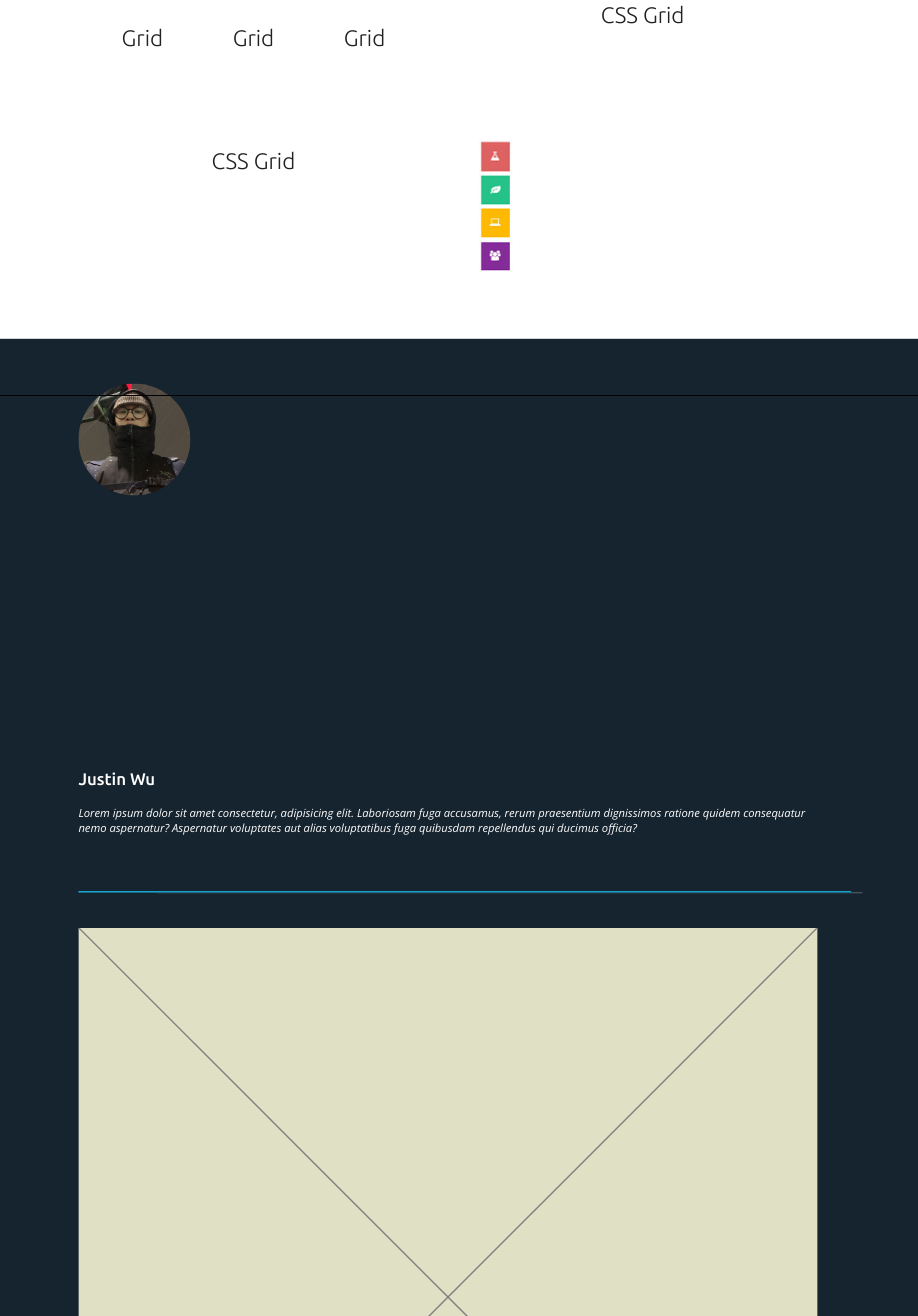
Repository: justinweiyungwu/week4project1v2
Page: cssgrid/index.html
An editor plug-in stored every save of this project. The page is shown before and after the next save, followed by the edit.
The browser window is 1280 px wide. The page is 1312 px wide, so the pictures cover 1312 px, including what lies to the right of the window. The pictures show the part of the page from y = 2340 to 4220 px (the page is 11446 px tall before and 12037 px after), at 70% of full size.

Above is the page before, as saved 2023-02-03 15:14:14.

### cssgrid/index.html
<!doctype html>
<html class="no-js" lang="en">

<head>
    <meta charset="utf-8">
    <title>Metrolics: Justin, Kyle, Jacob</title>
    <meta name="description" content="">
    <meta name="viewport" content="width=device-width, initial-scale=1">

    <link rel="manifest" href="site.webmanifest">
    <link rel="apple-touch-icon" href="icon.png">
    <!-- Place favicon.ico in the root directory -->

    <!-- Google Fonts used in Metrolics layout -->
    <link rel="preconnect" href="https://fonts.googleapis.com">
    <link rel="preconnect" href="https://fonts.gstatic.com" crossorigin>
    <link
        href="https://fonts.googleapis.com/css2?family=Open+Sans:ital,wght@0,400;0,700;1,400&family=Ubuntu:ital,wght@0,300;0,500;1,300&display=swap"
        rel="stylesheet">

    <link rel="stylesheet" href="css/normalize.css">
    <link rel="stylesheet" href="css/main.css">

    <meta name="theme-color" content="#fafafa">
</head>

<body>
    <header>
        <div class="navbar">
            <div class="item1">
                <h1>Metrolics</h1>
            </div>
            <div class="item2">
                <img class="menu" src="img/burger.png" alt="menu">
            </div>


        </div>


    </header>
    <div class="top row-col-container">
        <div class="row">
            <div class="col">
                <h1 class="top-rol-col-text">Hello guys!
                    This is the Metrolics theme. It sports a responsive layout with a mobile layout.
                </h1>
            </div>
        </div>
    </div>
    <div class="s-hide m-hide">
        <div class="row">
            <div class="col">
                <h1>CSS Grid</h1>
            </div>
        </div>
    </div>
    <div class="top title-container">
        <h1 class="top-title">Things That We Do</h1>
        <p>Ask us what we can do for you</p>
    </div>
    <div class="middle row-col-container">
        <div class="row m-col-2 l-col-4">
            <div class="col">

                <img src="img/Web-Solution-Icon.png" alt="">
            </div>
            <div class="col">
                <img src="img/Photography-Icon.png" alt="">
            </div>
            <div class="col">
                <img src="img/Web-Development-Icon.png" alt="">
            </div>
            <div class="col">
                <img src="img/Web-Design-Icon.png" alt="">
            </div>
        </div>
    </div>

    <div class="title-container">
        <h1 class="middle-title">What's Up Lately?</h1>
        <p>Read up on our latest work</p>
    </div>

<div class="row m-col-2 l-col-3">
    <div class="sml-photo col">
        <img src="img/Dj-Deck.png" alt="image">
        <div class="row-bottom-col">
            <div class="left-text">
                <h2>Sample Photo Post</h2>
                <p>Photography</p>
            </div>
            <div class="right-box">
                <img src="img/camera.png" alt="image">
            </div>
        </div>
    </div>
    <div class="sml-photo col">
        <img src="img/Dj-Deck.png" alt="image">
        <div class="row-bottom-col">
            <div class="left-text">
                <h2>Sample Photo Post</h2>
                <p>Photography</p>
            </div>
            <div class="right-box">
                <img src="img/camera.png" alt="image">
            </div>
        </div>
    </div>
    <div class="sml-photo col">
        <img src="img/Dj-Deck.png" alt="image">
        <div class="row-bottom-col">
            <div class="left-text">
                <h2>Sample Photo Post</h2>
                <p>Photography</p>
            </div>
            <div class="right-box">
                <img src="img/camera.png" alt="image">
            </div>
        </div>
    </div>

    <div class="sml-photo mission col">
        <img src="img/mission.jpg" alt="image">
        <div class="row-bottom-col">
            <div class="left-text">
                <h2>Sample Photo Post</h2>
                <p>Photography</p>
            </div>
            <div class="right-box">
                <img src="img/camera.png" alt="image">
            </div>
        </div>
    </div>
</div>
        <div class="title-container">
            <h1>Our Latest Projects</h1>
            <p>Cilent happy? We are happy.</p>
        </div>

    <div class="row m-col-2 l-col-3">
    <div class="sml-photo col">
        <img src="img/Dj-Deck.png" alt="image">
        <div class="row-bottom-col">
            <div class="left-text">
                <h2>Sample Photo Post</h2>
                <p>Photography</p>
            </div>
            <div class="right-box">
                <img src="img/camera.png" alt="image">
            </div>
        </div>
    </div>
    <div class="sml-photo col">
        <img src="img/Dj-Deck.png" alt="image">
        <div class="row-bottom-col">
            <div class="left-text">
                <h2>Sample Photo Post</h2>
                <p>Photography</p>
            </div>
            <div class="right-box">
                <img class="icon" src="img/camera.png" alt="image">
            </div>
        </div>
    </div>


    <div class="sml-photo col">
        <img src="img/Dj-Deck.png" alt="image">
        <div class="row-bottom-col">
            <div class="left-text">
                <h2>Sample Photo Post</h2>
                <p>Photography</p>
            </div>
            <div class="right-box">
                <img src="img/camera.png" alt="image">
            </div>
        </div>
    </div>


    <div class="sml-photo col">
        <img src="img/Dj-Deck.png" alt="image">
        <div class="row-bottom-col">
            <div class="left-text">
                <h2>Sample Photo Post</h2>
                <p>Photography </p>
            </div>
            <div class="right-box">
                <img src="img/camera.png" alt="image">
            </div>
        </div>
    </div>



    <div class="sml-photo col">
        <img src="img/Dj-Deck.png" alt="image">
        <div class="row-bottom-col">
            <div class="left-text">
                <h2>Sample Photo Post</h2>
                <p>Photography</p>
            </div>
            <div class="right-box">
                <img src="img/camera.png" alt="image">
            </div>
        </div>
    </div>
    <div class="sml-photo col">
        <img src="img/Dj-Deck.png" alt="image">
        <div class="row-bottom-col">
            <div class="left-text">
                <h2>Sample Photo Post</h2>
                <p>Photography</p>
            </div>
            <div class="right-box">
                <img src="img/camera.png" alt="image">
            </div>
        </div>
    </div>
    </div>
    </div>
</div>


    <div class="bottom">
        <div class="row m-col-3 l-col-2">
            <div class="col m-row-span">
                <div class="grid m-col-3">
                    <div class="col">
                        <h1>Grid</h1>
                    </div>
                    <div class="col">
                        <h1>Grid</h1>
                    </div>
                    <div class="col">
                        <h1>Grid</h1>
                    </div>

                </div>
            </div>
            <div class="col">
                <h1>CSS Grid</h1>
            </div>
            <div class="col">
                <h1>CSS Grid</h1>
            </div>
            <div class="col">
                    <div class="bottom-icons">
                        <img src="img/Potion-Icon.png">
                        <img src="img/Leaf-Icon.png">
                        <img src="img/Computer-Icon.png">
                        <img src="img/People-Icon.png">
                    </div>
            </div>
        </div>
    </div>
    <footer>
        <div class="footer-grid-container">
            <div class="top-footer-image row">
                <div class="top-footer col">
                    <img class="footer-image" src="img/me.jpg" alt="image">
                </div>
            </div>
            <div class="top-footer-info row">
                <div class="top-footer col">
                    <h2>Justin Wu</h2>
                    <p>Lorem ipsum dolor sit amet consectetur, adipisicing elit.
                        Laboriosam fuga accusamus, rerum praesentium dignissimos ratione quidem consequatur nemo
                        aspernatur? Aspernatur voluptates aut alias voluptatibus fuga quibusdam repellendus qui ducimus
                        officia?</p>
                </div>
            </div>
        </div>
        <hr class="top-footer border">
        <hr class="top-footer border1">
        <div class="mid-footer row">
            <div class="mid-footer col">
                <img src="placeholder.svg" alt="">
                <img src="placeholder.svg" alt="">
                <img src="placeholder.svg" alt="">
                <img src="placeholder.svg" alt="">
                <img src="placeholder.svg" alt="">
            </div>
            <div class="mid-footer col">
                <h2>Recent Tweets</h2>
                <hr class="title-border">
            </div>
            <div class="grid-container two">
                <div class="bottom-footer row">
                    <div class="bottom-footer col">
                        <img src="placeholder.svg" alt="">
                        <img src="placeholder.svg" alt="">
                    </div>
                </div>
                <div class="bottom-footer row">
                    <div class="bottom-footer col">
                        <p>Lorem ipsum dolor sit amet consectetur adipisicing elit. Provident fuga ad cum beatae,
                            eveniet hic incidunt commodi aperiam eligendi alias adipisci delectus quas quaerat sunt
                            accusantium dignissimos id esse possimus.</p>
                        <p>Lorem ipsum dolor sit amet consectetur adipisicing elit. Provident fuga ad cum beatae,
                            eveniet hic incidunt commodi aperiam eligendi alias adipisci delectus quas quaerat sunt
                            accusantium dignissimos id esse possimus.</p>
                    </div>
                </div>
            </div>
        </div>
    </footer>
    <script src="js/vendor/modernizr-3.11.2.min.js"></script>
    <script src="js/plugins.js"></script>
    <script src="js/main.js"></script>

</body>

</html>

### cssgrid/css/main.css
/* ==========================================================================
    [Table of contents]

    1. BASE
        1.1 Page Rendering Defaults
        1.2 Core Styling
        1.3 Typography
    2. LAYOUT
        2.1 Core Layout
        2.2 Small only
        2.3 medium and up
        2.4 Medium only
        2.5 large screens and up
        2.6 Large only
    3. MODULES
    4. STATES
    5. THEME
    6. UTILITY classes
    7. PRINT

    refer to http://smacss.com/
    ========================================================================== */


/* ==========================================================================
   BASE
   ========================================================================== */


/* 1.1 Page Rendering Defaults */

html {
    color: #222;
    font-size: 1em;
    line-height: 1.4;

}

::-moz-selection {
    background: #b3d4fc;
    text-shadow: none;
}

::selection {
    background: #b3d4fc;
    text-shadow: none;
}

hr {
    display: block;
    height: 1px;
    border: 0;
    border-top: 1px solid #ccc;
    margin: 1em 0;
    padding: 0;
}

audio,
canvas,
iframe,
img,
svg,
video {
    vertical-align: middle;
}

fieldset {
    border: 0;
    margin: 0;
    padding: 0;
}

textarea {
    resize: vertical;
}


/* 1.2 Core Styling */


/* refer to https://css-tricks.com/box-sizing/ */

*,
*:before,
*:after {
    box-sizing: border-box;
}
.bottom-icons{
width: 5rem;
gap: 5rem;
}

img {
    width: 100%;
}


/* 1.3 Typgraphy */

h1,
h2,
h3,
h4,
h5,
h6 {
    font-family: Ubuntu, sans-serif;
    font-weight: 300;
    text-align: center;
}

p {
    font-family: 'Open Sans', Arial, Helvetica, sans-serif;
}
.title-container p {
    font-size: 0.9em;
    color: gray;
}

.left-text h2{
    font-size: 20px;
    font-weight: 500;
    color: #fff;
}
.left-text p{
    font-size: 14px;
    font-weight: 400;
    color: #fff;
}


.top-footer-info p {
    font-style: italic;
}
.top-footer-info h2 {
    text-align: left;
    font-weight: 400;
}
.border {
    border-color: gray;
    position: relative;
    right: -1em;
    margin-left: 9em;
    z-index: 1;

}

.border1 {
border-color: #19b2de;
margin-top: -1.2em;
margin-left: 3em;
border-width: 2px;
z-index: 2;


}
.title-border {
    border-color: red;
}

.mid-footer h2{
     text-align: left;

}

/* ==========================================================================
   2. LAYOUT
   ========================================================================== */
.menu
{
    min-width: 3em;
    max-width: 3em;
}

/* Helper to display empty layout containers*/

div,
main,
section,
footer,
header {

    min-height: 1rem;
    padding: 1rem;
}



/* 2.1 Core layout */

.row {
    display: grid;
    row-gap: 1rem;
}

.col {
    position: relative;
    background-color: rgb(255, 255, 255);
    object-fit: fill;
}
.top {
    margin-top: -4em;
    margin-bottom: -2em;
}
.title-container {
    display: grid;
text-align: center;
justify-content: center;
line-height: 0.7em;
}

.navbar {
    display: grid;
    align-items: center;
  grid-template-columns: 3fr 1fr;
  gap: 4em;

}
/*photo box*/

.sml-photo img{
    max-height: 15em;
    object-fit: cover;
}
.row-bottom-col {
    display: grid;
    grid-template-columns: 3fr 1fr;
    background-color: #19b2de;
    padding: 0%;
}

.left-text {
    display: flex;
    flex-wrap: wrap;
    align-items: flex-start;
    flex-direction: column;
line-height: 0em;
min-width: 90%;
}
.right-box {
   max-width: 6em;
}

/*end*/

/*footer*/

footer {
 display: grid;
 justify-content: center;
    background-color: #16242f;
    margin: 2em -2em -2em -2em;
    padding: 1em;
}
.footer-grid-container{
    align-items: flex-start;
    justify-content: center;
}
.top-footer-image {
    padding-bottom: 20em;
}


.footer-image {

    object-fit: cover;
    border-radius: 50%;
    min-width: 10em;
    min-height: 10em;
    max-height: 10em;
    max-width: 10em;

}
.top-footer, .mid-footer, .bottom-footer{
 background-color: #16242f;
 color: #fff;
}
/*end*/

/* 2.2 Small only */

@media screen and (max-width: 39.9375em) {

    body {
        padding: 2em;
    }
    .s-hide {
        display: none;

    }



 .grid-container {
    display: grid;
 }



       .bottom {
        display: none;
       }
     .footer-grid-container {
        display: grid;
        grid-template-columns: 0fr 1fr;
        margin-bottom: 2em;

     }
     .two {
        margin-bottom: 8rem;

     }
    }



/* 2.3 medium and up */

@media screen and (min-width: 40em) {
    .row {
        max-width: 70rem;
        column-gap: 1.5rem;
        row-gap: 1.5rem;
        margin: 0 auto;
    }
    .grid {
        display: grid;
        column-gap: 0.5rem;
        row-gap: 0.5rem;
    }
    .title-container {
        max-width: 100%;
    }
    .m-col-2 {
        grid-template-columns: 1fr 1fr;
    }
    .m-col-3 {
        grid-template-columns: repeat(3, 1fr);
    }
    .m-col-4 {
        grid-template-columns: repeat(4, 1fr);
    }
    .m-col-5 {
        grid-template-columns: repeat(5, 1fr);
    }
    .m-1-2 {
        grid-template-columns: 1fr 2fr;
    }
}


/* 2.4 Medium only */

@media screen and (min-width: 40em) and (max-width: 63.9375em) {
    .m-row-span {
        grid-column-start: 1;
        grid-column-end: -1;
    }
    .m-hide {
        display: none;
    }

}


/* 2.5 large screens and up 2.6 Large only */

@media screen and (min-width: 64em) {
    .l-col-2 {
        grid-template-columns: 1fr 1fr;
    }
    .l-col-3 {
        grid-template-columns: repeat(3, 1fr);
    }
    .l-col-4 {
        grid-template-columns: repeat(4, 1fr);
    }
    .l-col-5 {
        grid-template-columns: repeat(5, 1fr);
    }
    .l-col-6 {
        grid-template-columns: repeat(6, 1fr);
    }
    .l-row-span {
        grid-column-start: 1;
        grid-column-end: -1;
    }
    .l-hide {
        display: none;
    }
    .left-text h2 {
        font-size: 1em;
    }
    .left-text p {
        font-size: 0.7em;
    }
    .mission {
        display: none;
    }

}


/* ==========================================================================
   2. MODULES
   ========================================================================== */


/* ==========================================================================
   2. STATES
   ========================================================================== */


/* ==========================================================================
   5. THEME
   ========================================================================== */



/* ==========================================================================
   6. UTILITY classes
   ========================================================================== */


/*
 * Hide visually and from screen readers
 */

.hidden,
[hidden] {
    display: none !important;
}


/*
 * Hide only visually, but have it available for screen readers:
 * https://snook.ca/archives/html_and_css/hiding-content-for-accessibility
 *
 * 1. For long content, line feeds are not interpreted as spaces and small width
 *    causes content to wrap 1 word per line:
 *    https://medium.com/@jessebeach/beware-smushed-off-screen-accessible-text-5952a4c2cbfe
 */

.sr-only {
    border: 0;
    clip: rect(0, 0, 0, 0);
    height: 1px;
    margin: -1px;
    overflow: hidden;
    padding: 0;
    position: absolute;
    white-space: nowrap;
    width: 1px;
    /* 1 */
}


/*
 * Extends the .sr-only class to allow the element
 * to be focusable when navigated to via the keyboard:
 * https://www.drupal.org/node/897638
 */

.sr-only.focusable:active,
.sr-only.focusable:focus {
    clip: auto;
    height: auto;
    margin: 0;
    overflow: visible;
    position: static;
    white-space: inherit;
    width: auto;
}


/*
 * Hide visually and from screen readers, but maintain layout
 */

.invisible {
    visibility: hidden;
}


/*
 * Clearfix: contain floats
 *
 * For modern browsers
 * 1. The space content is one way to avoid an Opera bug when the
 *    `contenteditable` attribute is included anywhere else in the document.
 *    Otherwise it causes space to appear at the top and bottom of elements
 *    that receive the `clearfix` class.
 * 2. The use of `table` rather than `block` is only necessary if using
 *    `:before` to contain the top-margins of child elements.
 */

.clearfix::before,
.clearfix::after {
    content: " ";
    display: table;
}

.clearfix::after {
    clear: both;
}

@media print,
(-webkit-min-device-pixel-ratio: 1.25),
(min-resolution: 1.25dppx),
(min-resolution: 120dpi) {
    /* Style adjustments for high resolution devices */
}


/* ==========================================================================
   7. PRINT  styles.
   Inlined to avoid the additional HTTP request:
   https://www.phpied.com/delay-loading-your-print-css/
   ========================================================================== */

@media print {
    *,
    *::before,
    *::after {
        background: #fff !important;
        color: #000 !important;
        /* Black prints faster */
        box-shadow: none !important;
        text-shadow: none !important;
    }
    a,
    a:visited {
        text-decoration: underline;
    }
    a[href]::after {
        content: " (" attr(href) ")";
    }
    abbr[title]::after {
        content: " (" attr(title) ")";
    }
    /*
   * Don't show links that are fragment identifiers,
   * or use the `javascript:` pseudo protocol
   */
    a[href^="#"]::after,
    a[href^="javascript:"]::after {
        content: "";
    }
    pre {
        white-space: pre-wrap !important;
    }
    pre,
    blockquote {
        border: 1px solid #999;
        page-break-inside: avoid;
    }
    /*
   * Printing Tables:
   * https://web.archive.org/web/20180815150934/http://css-discuss.incutio.com/wiki/Printing_Tables
   */
    thead {
        display: table-header-group;
    }
    tr,
    img {
        page-break-inside: avoid;
    }
    p,
    h2,
    h3 {
        orphans: 3;
        widows: 3;
    }
    h2,
    h3 {
        page-break-after: avoid;
    }
}

### cssgrid/js/plugins.js
// Avoid `console` errors in browsers that lack a console.
(function() {
  var method;
  var noop = function () {};
  var methods = [
    'assert', 'clear', 'count', 'debug', 'dir', 'dirxml', 'error',
    'exception', 'group', 'groupCollapsed', 'groupEnd', 'info', 'log',
    'markTimeline', 'profile', 'profileEnd', 'table', 'time', 'timeEnd',
    'timeline', 'timelineEnd', 'timeStamp', 'trace', 'warn'
  ];
  var length = methods.length;
  var console = (window.console = window.console || {});

  while (length--) {
    method = methods[length];

    // Only stub undefined methods.
    if (!console[method]) {
      console[method] = noop;
    }
  }
}());

// Place any jQuery/helper plugins in here.

Loaded but not shown: cssgrid/css/normalize.css (library); cssgrid/js/vendor/modernizr-3.11.2.min.js (library); cssgrid/js/main.js (no stored copy; drawn as an empty file)

After the next save:
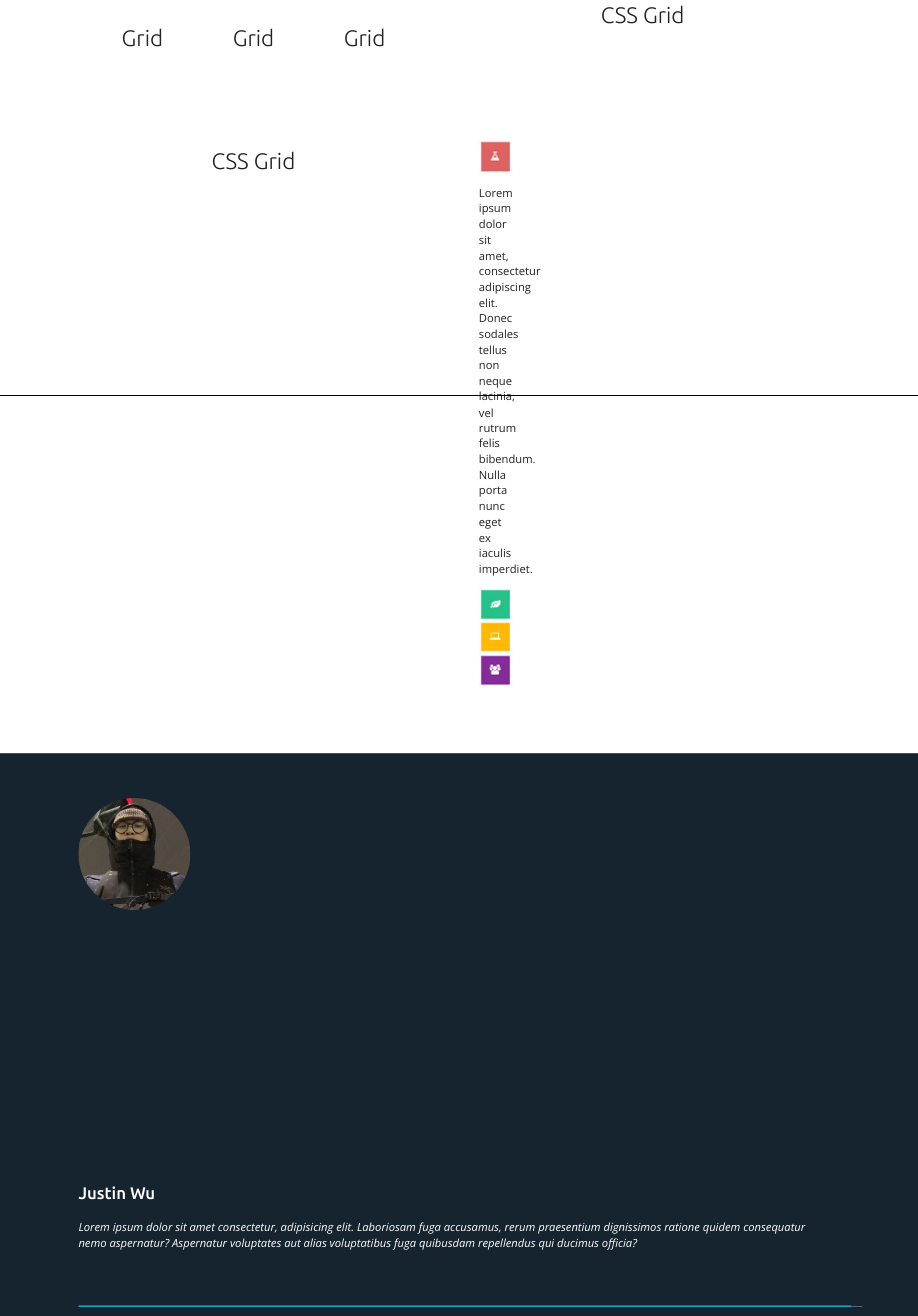
Saved 4 min 32 s later.
--- a/cssgrid/index.html
+++ b/cssgrid/index.html
@@ -248,6 +248,7 @@
             <div class="col">
                     <div class="bottom-icons">
                         <img src="img/Potion-Icon.png">
+                        <p>Lorem ipsum dolor sit amet, consectetur adipiscing elit. Donec sodales tellus non neque lacinia, vel rutrum felis bibendum. Nulla porta nunc eget ex iaculis imperdiet.</p>
                         <img src="img/Leaf-Icon.png">
                         <img src="img/Computer-Icon.png">
                         <img src="img/People-Icon.png">
